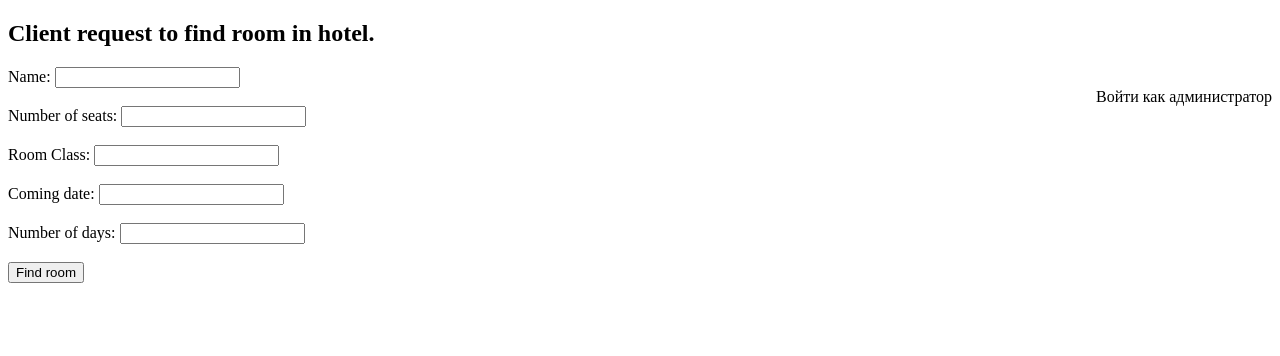
Repository: milosh-alexandr-by/ItAcademyJavaDeveloper
Page: http://localhost/HotelRequestSystem/ClientServlet.jsp
These files come from the project's save history. The page is drawn as it stood at one moment and after the next save; the edit follows.
The browser window is 1280 px wide. The pictures show the whole page.
The page is served by Tomcat 9. Other server files are loaded and not shown.

Above is the page before, as saved 2015-12-12 21:58:15.

### Project_WEB/HotelRequestSystem/WebContent/ClientServlet.jsp
<%@ page language="java" contentType="text/html; charset=UTF-8"
    pageEncoding="UTF-8"%>
<!DOCTYPE html PUBLIC "-//W3C//DTD HTML 4.01 Transitional//EN" "http://www.w3.org/TR/html4/loose.dtd">
<html>
<head>
<meta http-equiv="Content-Type" content="text/html; charset=UTF-8">
<title>Insert title here</title>
</head>
<body>

	<h2>Client request to find room in hotel.</h2>

	<form action="HotelRequestSystem" method="GET">
		Name: <input type="text" name="Name" /> <div align="right">Войти как администратор</div>
		Number of seats: <input type="text" name="NumberOfSeats" /> <br/><br/>
		Room Class: <input type="text" name="RoomClass" /> <br/><br/>
		Coming date: <input type="text" name="ComingDate" /> <br/><br/>
		Number of days: <input type="text" name="NumberOfDays" /> <br/><br/>
		<input type="submit" name="findRoom" value="Find room">
	</form>


</body>
</html>

After the next save:
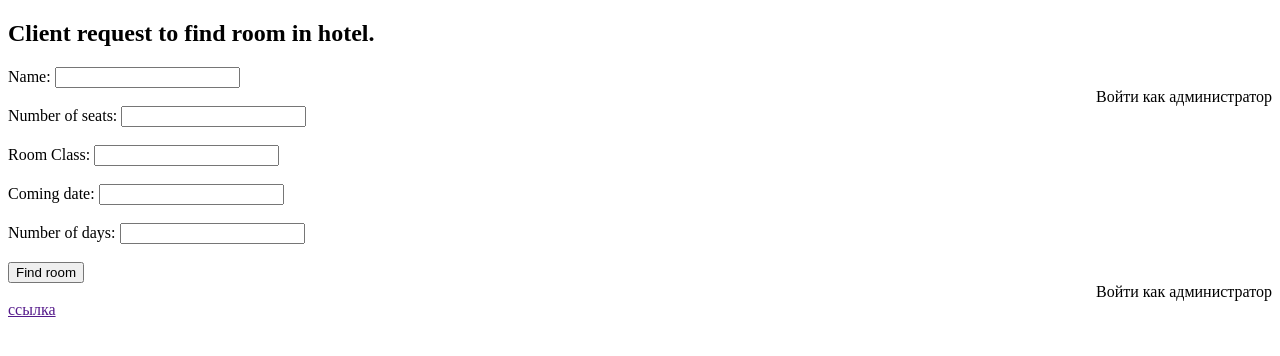
Saved 7 min 17 s later.
--- a/Project_WEB/HotelRequestSystem/WebContent/ClientServlet.jsp
+++ b/Project_WEB/HotelRequestSystem/WebContent/ClientServlet.jsp
@@ -19,6 +19,9 @@
 		<input type="submit" name="findRoom" value="Find room">
 	</form>
 
+	<div align="right">Войти как администратор</div>
+	<a href="">ссылка<a>
+
 
 </body>
 </html>
